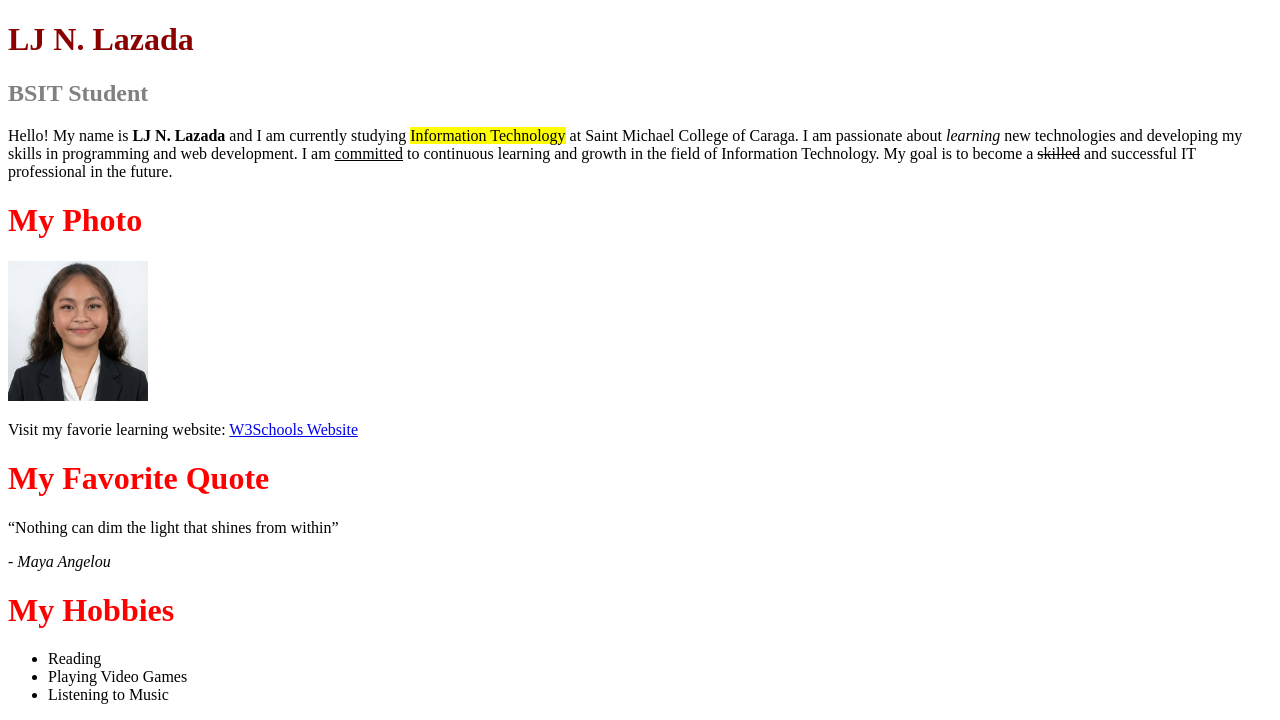
Repository: ljlazada11/myfirsthtml
Page: index.html
An editor plug-in stored every save of this project. The page is shown before and after the next save, followed by the edit.
The browser window is 1280 px wide. The pictures show the whole page.

Above is the page before, as saved 2026-06-24 19:58:01.

### index.html
<!DOCTYPE html>
<html lang="en">
<head>
    <meta charset="UTF-8">
    <meta name="viewport" content="width=device-width, initial-scale=1.0">
    <title>My Personal Web Profile</title>
    <link rel="icon" type="image/x-icon" href="images.png">

</head>
<body>
    <h1 style="color:darkred;">LJ N. Lazada</h1>
    <h2 style="color:gray;">BSIT Student</h2>
    <p>Hello! My name is <strong>LJ N. Lazada</strong> and I am currently studying <mark>Information Technology</mark> at Saint Michael College of Caraga. I am passionate about <i>learning</i> new technologies and developing my skills in programming and web development. I am <ins>committed</ins> to continuous learning and growth in the field of Information Technology. My goal is to become a <del>skilled</del> and successful IT professional in the future.</p>
</body>
    <h1 style="color:red;">My Photo</h1>
    <img src="pic.jpg" alt="My	Profile	Picture" width="140" height="140">
    <p> Visit my favorie learning website: <a href="https://www.w3schools.com/html/default.asp" target="_blank">W3Schools	Website</a></p>

<body>
    <h1 style="color:red;">My Favorite Quote</h1>
    <p><q>Nothing can dim the light that shines from within</q></p>
    <p><cite>- Maya Angelou</cite></p>
</body>
<body>
    <h1 style="color:red">My Hobbies</h1>
    <ul>
        <li>Reading</li>
        <li>Playing Video Games</li>
        <li>Listening to Music</li>
    </ul>
</body>


</html>

After the next save:
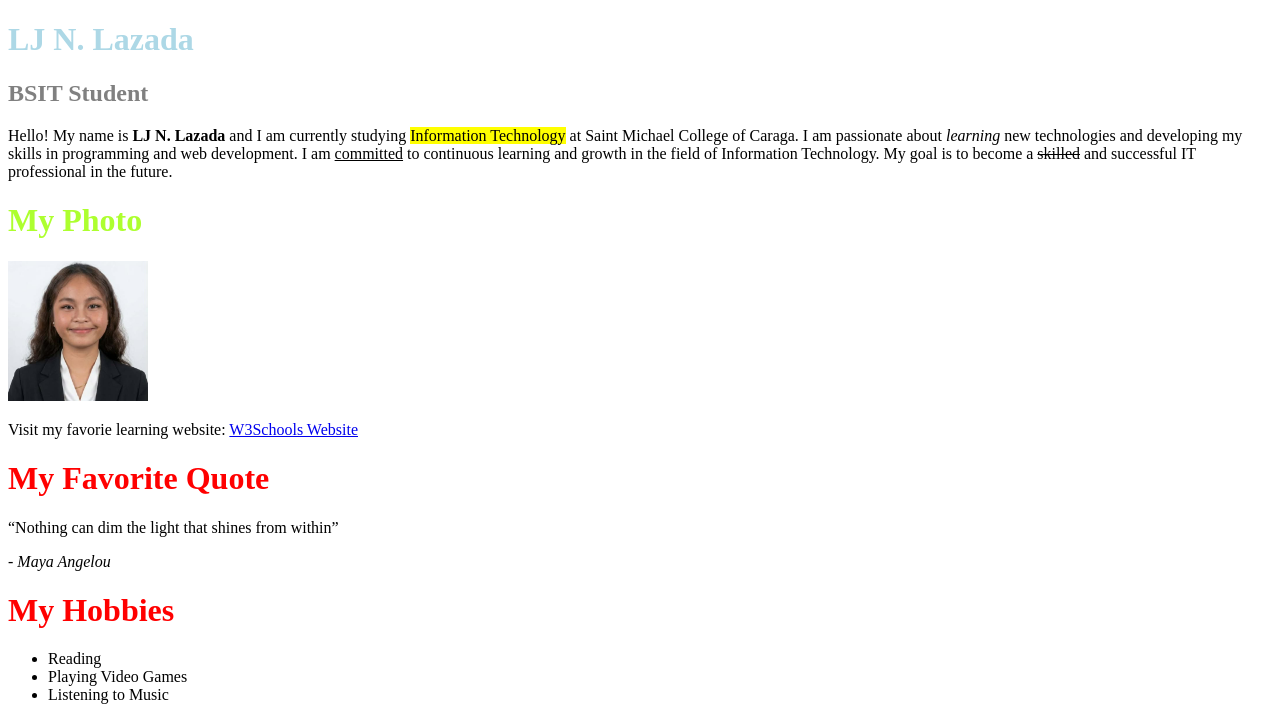
Saved 60 s later.
--- a/index.html
+++ b/index.html
@@ -8,11 +8,11 @@
 
 </head>
 <body>
-    <h1 style="color:darkred;">LJ N. Lazada</h1>
+    <h1 style="color:lightblue;">LJ N. Lazada</h1>
     <h2 style="color:gray;">BSIT Student</h2>
     <p>Hello! My name is <strong>LJ N. Lazada</strong> and I am currently studying <mark>Information Technology</mark> at Saint Michael College of Caraga. I am passionate about <i>learning</i> new technologies and developing my skills in programming and web development. I am <ins>committed</ins> to continuous learning and growth in the field of Information Technology. My goal is to become a <del>skilled</del> and successful IT professional in the future.</p>
 </body>
-    <h1 style="color:red;">My Photo</h1>
+    <h1 style="color:greenyellow;">My Photo</h1>
     <img src="pic.jpg" alt="My	Profile	Picture" width="140" height="140">
     <p> Visit my favorie learning website: <a href="https://www.w3schools.com/html/default.asp" target="_blank">W3Schools	Website</a></p>
 
